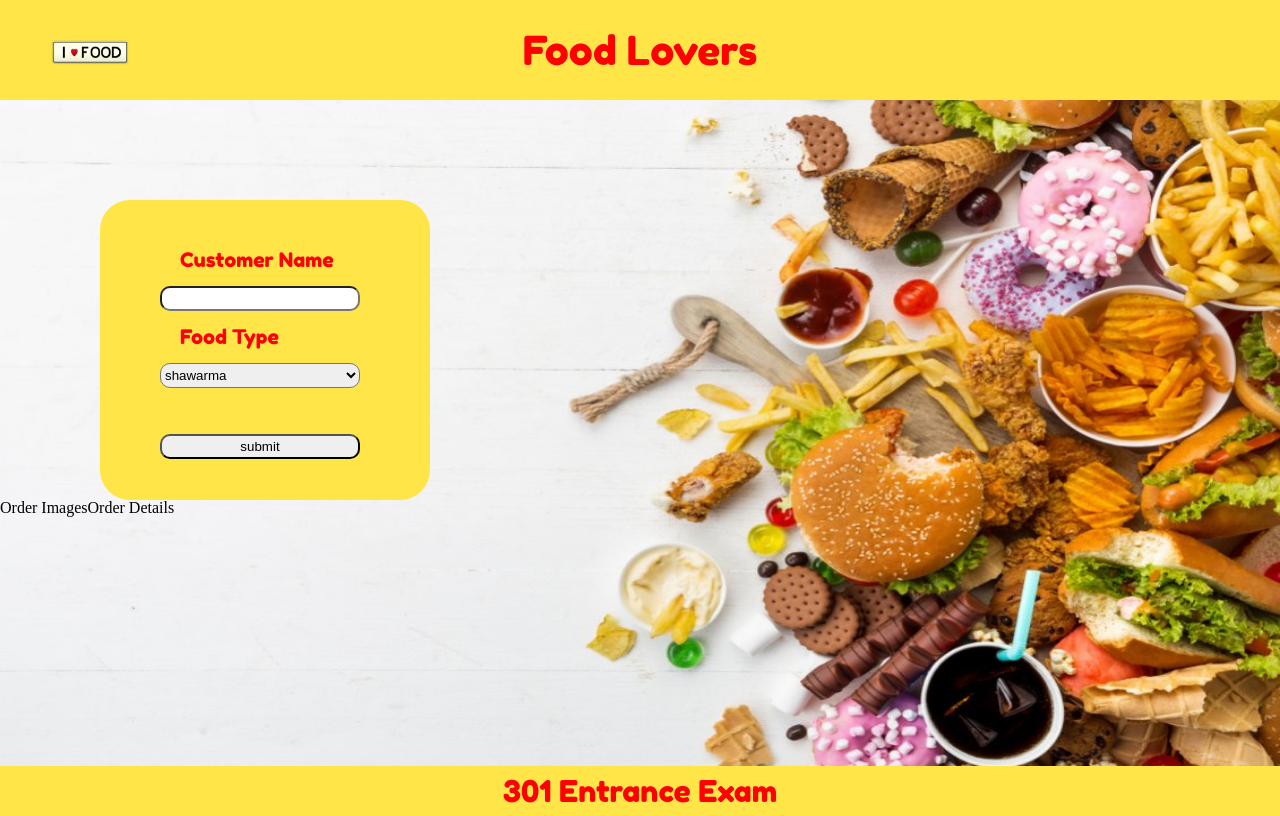
Repository: Razan-am/foodLovers
Page: index.html
An editor plug-in stored every save of this project. The page is shown before and after the next save, followed by the edit.
The browser window is 1280 px wide. The pictures show the whole page.

Above is the page before, as saved 2021-06-01 11:19:28.

After the next save:
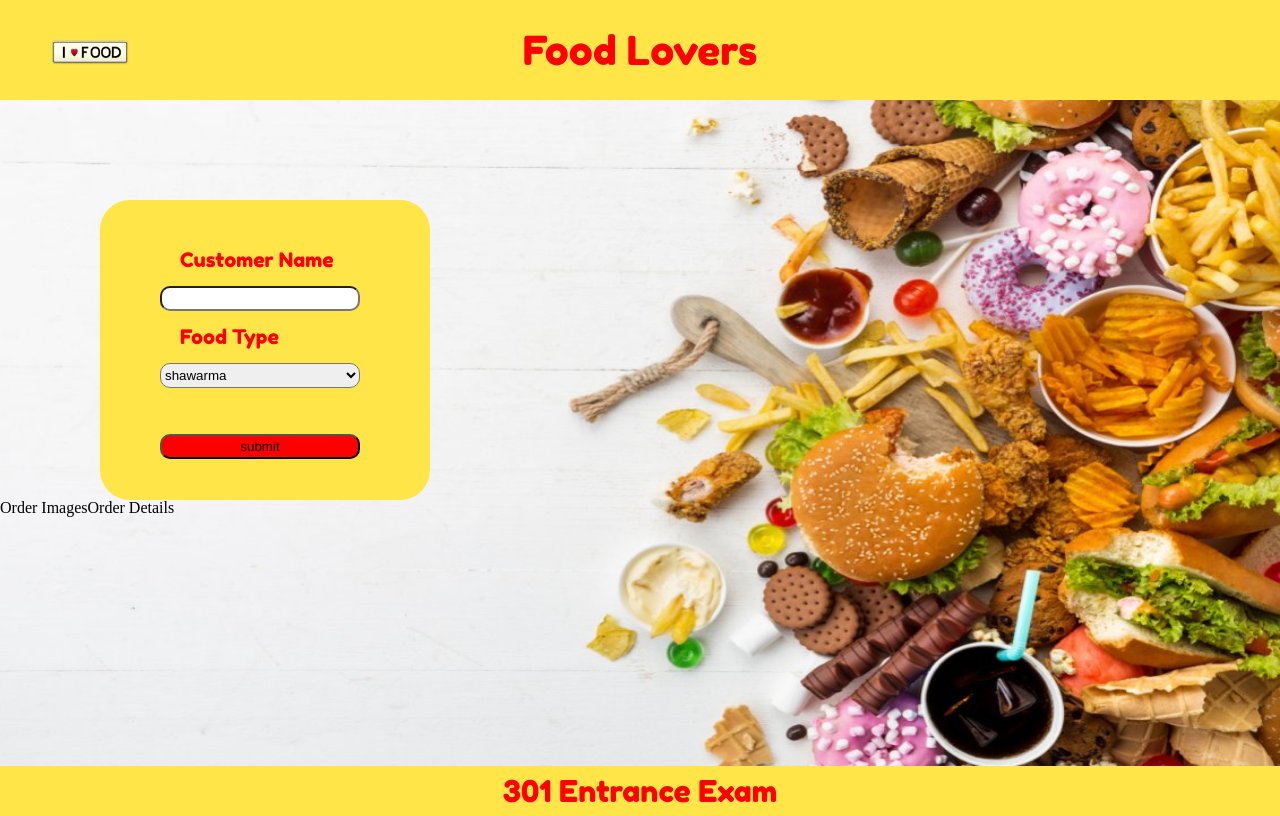
Saved 52 s later.
--- a/css/style.css
+++ b/css/style.css
@@ -62,6 +62,9 @@ form select{
     border-radius: 10px;
     margin-bottom: 30px;
 }
+form input:last-of-type{
+    background-color: red;
+}
 table img{
     width: 50px;
     height: 50px;
